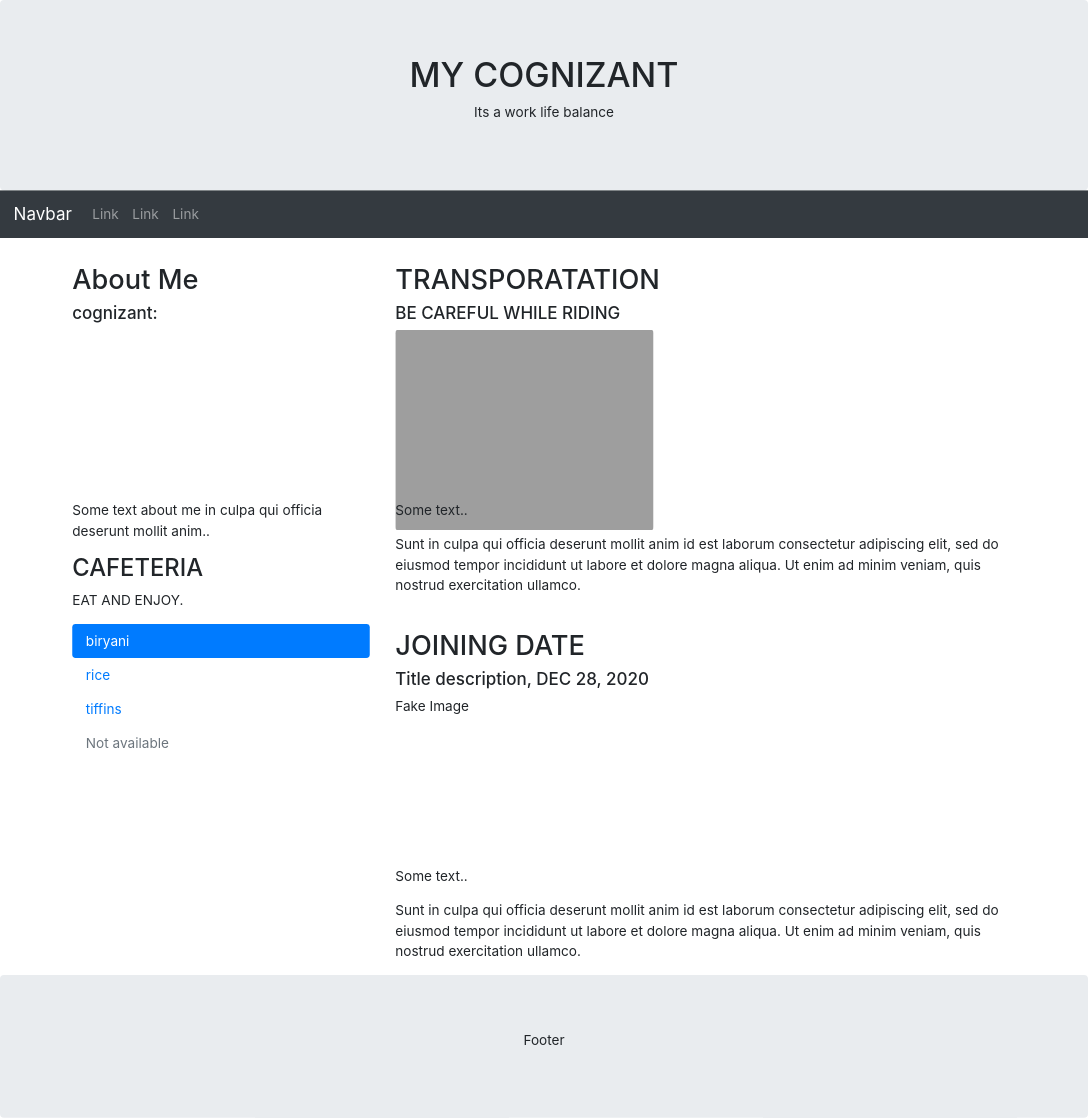
Repository: suvarsha/cognizant-projects
Page: BootStramp1/WebContent/first.html
These files come from the project's save history. The page is drawn as it stood at one moment and after the next save; the edit follows.
The browser window is 1280 px wide. The pictures show the whole page, at 85% of full size.
Pictures or frames that could not be fetched are drawn as grey boxes.

Above is the page before, as saved 2020-01-18 11:49:32.

After the next save:
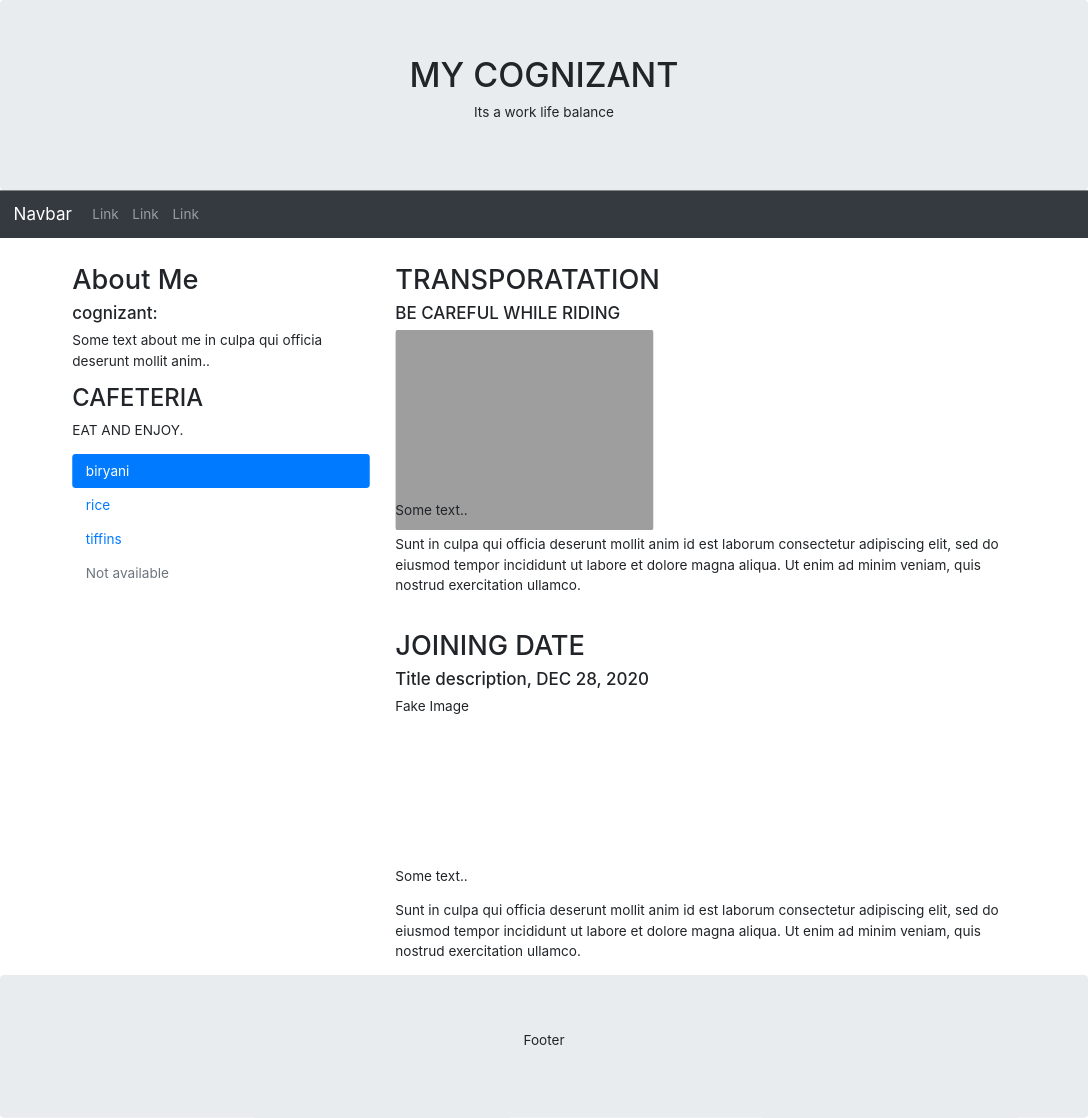
Saved 46 s later.
--- a/BootStramp1/WebContent/first.html
+++ b/BootStramp1/WebContent/first.html
@@ -47,8 +47,6 @@
     <div class="col-sm-4">
       <h2>About Me</h2>
       <h5>cognizant:</h5>
-      <div class="fakeimg"></div>
-
       <p>Some text about me in culpa qui officia deserunt mollit anim..</p>
       <h3>CAFETERIA</h3>
       <p>EAT AND ENJOY.</p>
